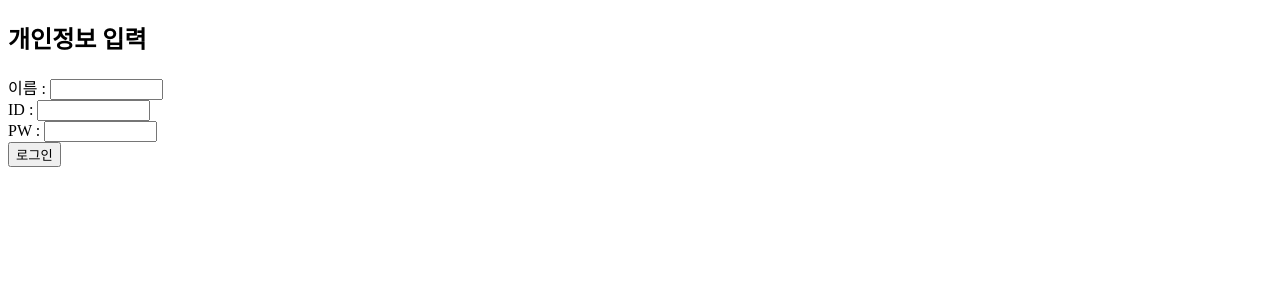
Repository: yoojinhee/JSP_study
Page: http://localhost/Test_JSP/testForm.jsp
The author's editor kept a copy of each file at every save. The page is drawn from the files as they stood at one save, then again after the next save.
The browser window is 1280 px wide. The pictures show the whole page.
The page is served by Tomcat 9.

Above is the page before, as saved 2020-05-07 00:02:12.

After the next save:
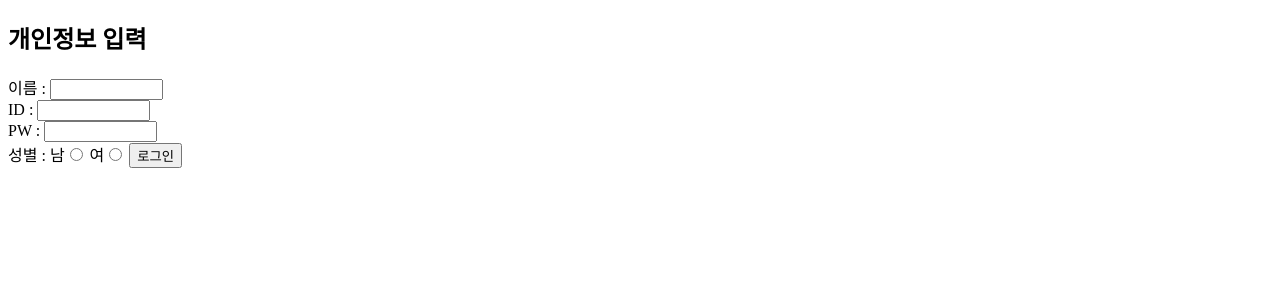
Saved 2 min 29 s later.
--- a/Project/Test_JSP/WebContent/testForm.jsp
+++ b/Project/Test_JSP/WebContent/testForm.jsp
@@ -12,6 +12,11 @@
 이름 : <input type="text" name="name" value="" size="11"><br>
 ID : <input type="text" name="id" value="" size="11"><br>
 PW : <input type="password" name="password" value="" size="11"><br>
+성별 :
+	 남<input type="radio" name="gen" value="M">
+	 여<input type="radio" name="gen" value="F">
+	 <!-- 라디오 -> name이 같아야 동기화 -->
+
 <input type="submit" value="로그인">
 </form>
 </body>
